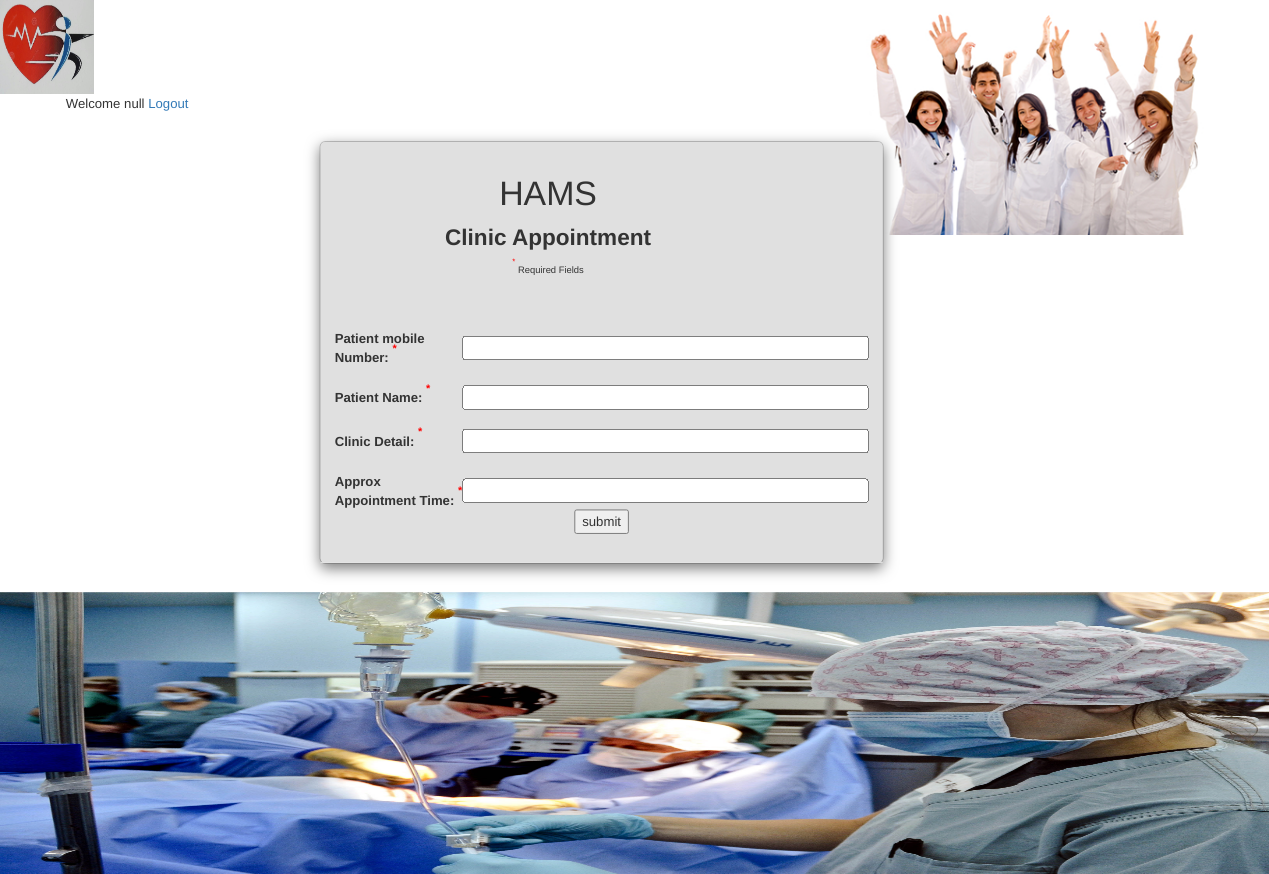
Repository: shiveshk/PullData
Page: http://localhost/Hams/edit.jsp
An editor plug-in stored every save of this project. The page is shown before and after the next save, followed by the edit.
The browser window is 1280 px wide. The page is 1350 px wide, so the pictures cover 1350 px, including what lies to the right of the window. The pictures show the whole page, at 94% of full size.
The page is served by Tomcat 9. Nobody is signed in. The application's start-up code is not run. Other server files are loaded and not shown.

Above is the page before, as saved 2015-11-09 12:00:59.
Console error (its wording comes from the project's code and is left out).

### Hams/WebContent/edit.jsp
<?xml version="1.0" encoding="ISO-8859-1" ?>

<%@ page language="java" contentType="text/html; charset=ISO-8859-1" pageEncoding="ISO-8859-1"%>
<!DOCTYPE html PUBLIC "-//W3C//DTD XHTML 1.0 Transitional//EN" "http://www.w3.org/TR/xhtml1/DTD/xhtml1-transitional.dtd">
<html xmlns="http://www.w3.org/1999/xhtml">
<head>
  <link rel="stylesheet" href="http://maxcdn.bootstrapcdn.com/bootstrap/3.3.5/css/bootstrap.min.css">
  <script src="http://maxcdn.bootstrapcdn.com/bootstrap/3.3.5/js/bootstrap.min.js"></script>
  <script src="validation.js"></script>

<link rel="stylesheet" type="text/css" href="hams.css">
<meta http-equiv="Content-Type" content="text/html; charset=ISO-8859-1" />
<title>Edit Appointment Data</title>

</head>
<img src = "images/HAMSLogo.jpg" alt="hamslogo" id="img1" />
<img src = "images/image1.png" alt="doctor2" id="img3"/>

<body bgcolor='#E6E6FA'>

<div class="container" >
<% String username = (String)request.getSession().getAttribute("name");
out.println("Welcome "+username);
%>

<a href="LogoutServlet">Logout</a>

<center>
<div id="login-overlay" class="modal-dialog" >
     <div class="modal-content" >
          <div class="modal-header" >

<h1>HAMS</h1>
	<p><b><font size=5>Clinic Appointment</font></b></p>
	<p><font size=1><sup>*</sup> Required Fields</font></p>

<form name="myForm" action="PatientAppointmentServlet" method="post" onsubmit="return validate()">
	<div class="form-group">
<table >

	<tr class="row1">
	 	 <td><b>Patient mobile Number: <sup>*</sup></b> </td>
	 	 <td><input type="text" id="patient_mobile_number" name="patient_mobile_number" value="${sessionScope.patient_mobile_number}" size=50 maxlength=20 /></td>
	</tr>

	<tr class="row2">
		<td><b>Patient Name: <sup>*</sup></b></td>
		<td><input type="text" id="patient_name" name="patient_name" value="${sessionScope.patient_name}" size=50 maxlength=5000 /> </td>
	</tr>

	<tr class="row3">
		<td><b>Clinic Detail: <sup>*</sup></b></td>
		<td><input type="text" id="clinic_detail" name="clinic_detail" value="${sessionScope.clinic_detail}" size=50 maxlength=5000 /> </td>
	</tr>

	<tr class="row4">
		<td><b>Approx Appointment Time: <sup>*</sup></b></td>
		<td><input type="text" id="time" name="time" value="${sessionScope.time}" size=50 maxlength=5000 /> </td>
	</tr>

</table>

<input type="submit" name="submit" value="submit"/>
</div>
</form>
		</div>
	</div>
</div>
</center>
</div>

<img src = "images/hams1.jpg" alt="doctor" id="img2"/>


</body>

</html>

### Hams/WebContent/validation.js
function validate()
{
   var w=document.forms["myForm"]["patient_name"].value;
   var x=document.forms["myForm"]["clinic_detail"].value;
   //var y=document.forms["myForm"]["token_no"].value;
   var z=document.forms["myForm"]["time"].value;
   if (w.trim().length<=0) // check length of your name field
   {
      alert("Patient Name must be filled out");
      return false;
   }
   if (x.trim().length<=0) // check length of your name field
   {
      alert("clinic detail must be filled out");
      return false;
   }
   if (z.trim().length<=0) // check length of your name field
   {
      alert("Appointment time Name must be filled out");
      return false;
   }

   //contact number validation
   var mobile_no = document.forms["myForm"]["patient_mobile_number"].value;
   if (/^\d{10}$/.test(mobile_no)) {
       // value is ok, use it
   } else {
       alert("Invalid number; must be ten digits")
       number.focus()
       return false
   }

   //time validation
   var strval = document.forms["myForm"]["time"].value;

   var strval1;

   //minimum lenght is 6. example 1:2 AM
   if(strval.length < 6)
   {
    alert("Invalid time. Time format should be HH:MM AM/PM.");
    return false;
   }

   //Maximum length is 8. example 10:45 AM
   if(strval.lenght > 8)
   {
    alert("invalid time. Time format should be HH:MM AM/PM.");
    return false;
   }

   //Removing all space
   strval = trimAllSpace(strval);

   //Checking AM/PM
   if(strval.charAt(strval.length - 1) != "M" && strval.charAt(
       strval.length - 1) != "m")
   {
    alert("Invalid time. Time shoule be end with AM or PM.");
    return false;

   }
   else if(strval.charAt(strval.length - 2) != 'A' && strval.charAt(
       strval.length - 2) != 'a' && strval.charAt(
       strval.length - 2) != 'p' && strval.charAt(strval.length - 2) != 'P')
   {
    alert("Invalid time. Time shoule be end with AM or PM.");
    return false;

}
   }

### Hams/WebContent/hams.css
@CHARSET "ISO-8859-1";
<style>

 p {
  white-space: pre;
 }
sup {
    vertical-align: super;
    font-size: smaller;
    color : red;
}

#img1 {
	align: center;
	margin: auto;
	width: 100px;
	bottom: 100px;
    height: 100px;
}

#img2 {
	align: center;
	margin: auto;
	bottom: 100px;
    height: 300px;
    width: 1350px;
}
#img3 {
    float: right;
    margin: 0 0 100px 100px;
}


tr.row2 td {
    padding-top: 20px;
}

tr.row3 td {
    padding-top: 20px;
}

tr.row4 td {
    padding-top: 20px;
}


.modal-content {
    background-color: #E0E0E0 ;
}
</style>

After the next save:
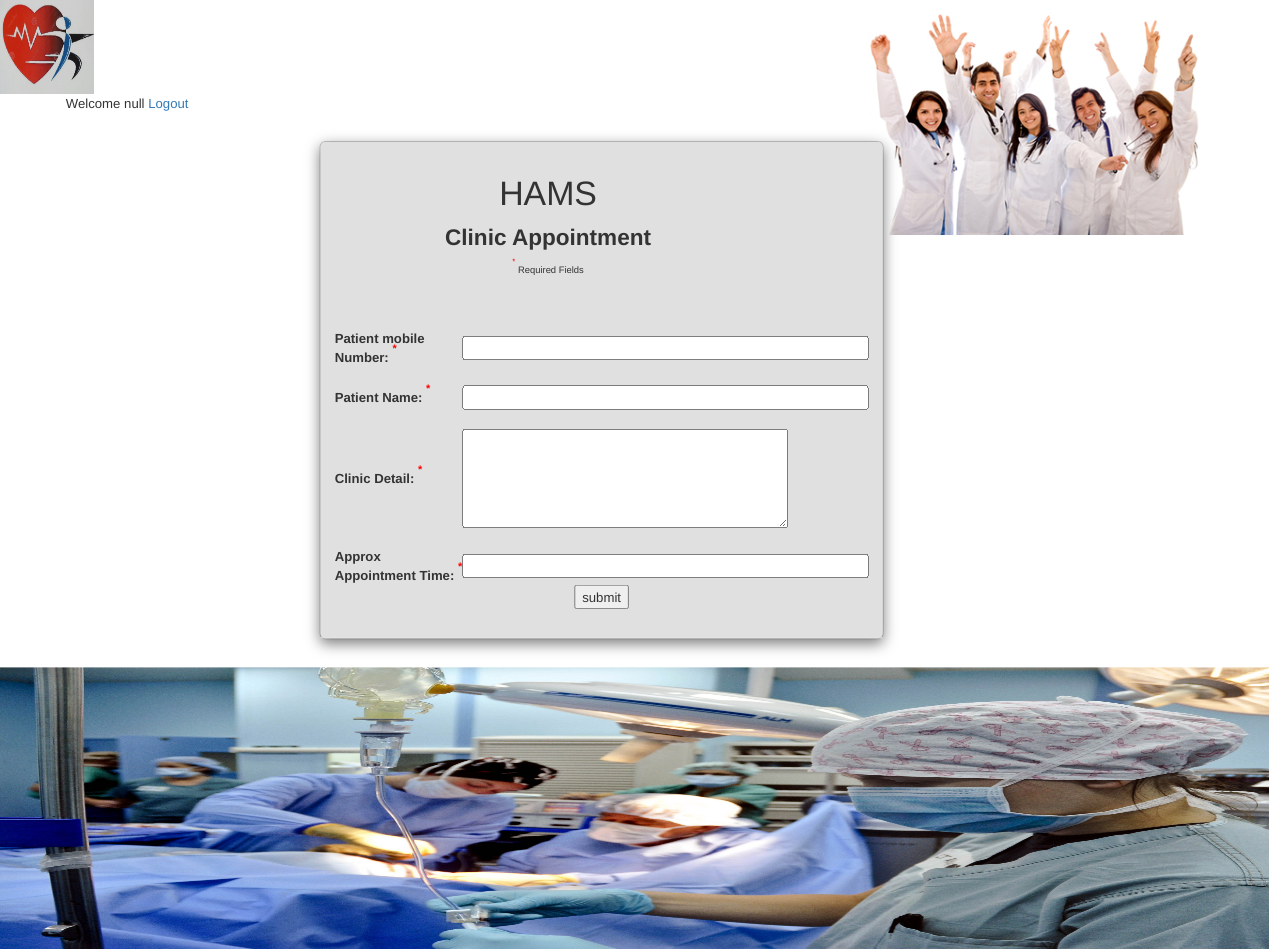
Saved 92 s later.
--- a/Hams/WebContent/edit.jsp
+++ b/Hams/WebContent/edit.jsp
@@ -49,9 +49,10 @@ out.println("Welcome "+username);
 	</tr>
 
 	<tr class="row3">
-		<td><b>Clinic Detail: <sup>*</sup></b></td>
-		<td><input type="text" id="clinic_detail" name="clinic_detail" value="${sessionScope.clinic_detail}" size=50 maxlength=5000 /> </td>
-	</tr>
+	 	<td><b>Clinic Detail: <sup>*</sup></b> </td>
+	 	<td><textarea  id="clinic_detail" name="clinic_detail" cols="40" rows="5" ... ></textarea></td>
+
+	 </tr>
 
 	<tr class="row4">
 		<td><b>Approx Appointment Time: <sup>*</sup></b></td>
